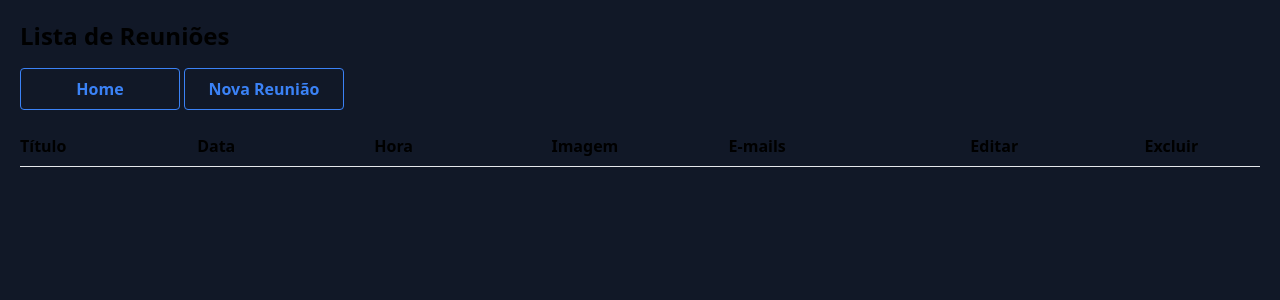
Repository: TamiBeira/meeting
Page: /meetings
These files come from the project's save history. The page is drawn as it stood at one moment and after the next save; the edit follows.
The browser window is 1280 px wide. The pictures show the whole page.
The project was rebuilt for these pictures with package versions that can differ from the ones it lists, and the page was loaded fresh each time. Also part of the build but not shown: vite.config.ts, src/contexts/FormContext.tsx, src/components/Form.tsx, src/components/HomePage.tsx.

Above is the page before, as saved 2024-02-27 00:12:49.

After the next save:
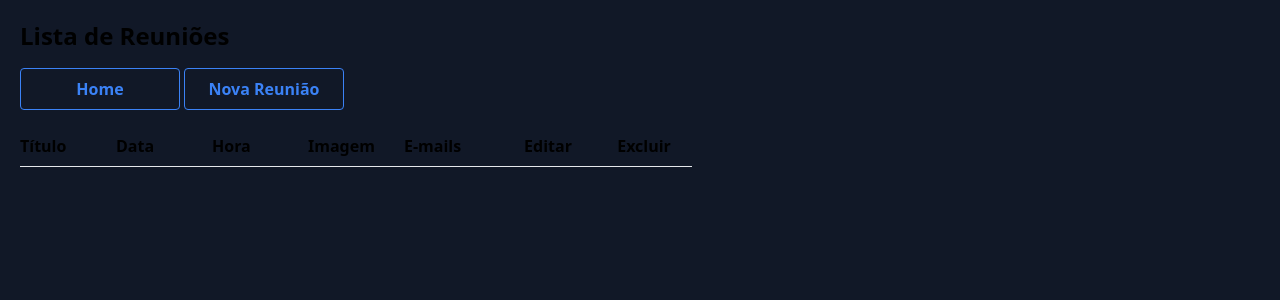
Saved 27 s later.
--- a/src/components/MeetingsView.tsx
+++ b/src/components/MeetingsView.tsx
@@ -35,7 +35,7 @@ export const MeetingsView: React.FC = () => {
         <Link to="/form" className="w-40 inline-block text-center border border-solid border-blue-500 text-blue-500 font-bold mr-2 px-4 py-2 rounded">Nova Reunião</Link>
       </div>
       <ul>
-        <li className="border-b border-gray-200 py-2 flex sm:flex-row font-semibold">
+        <li className="border-b border-gray-200 py-2 flex sm:flex-row font-semibold max-w-2xl">
           <div className="w-1/5">Título</div>
           <div className="w-1/5">Data</div>
           <div className="w-1/5">Hora</div>
